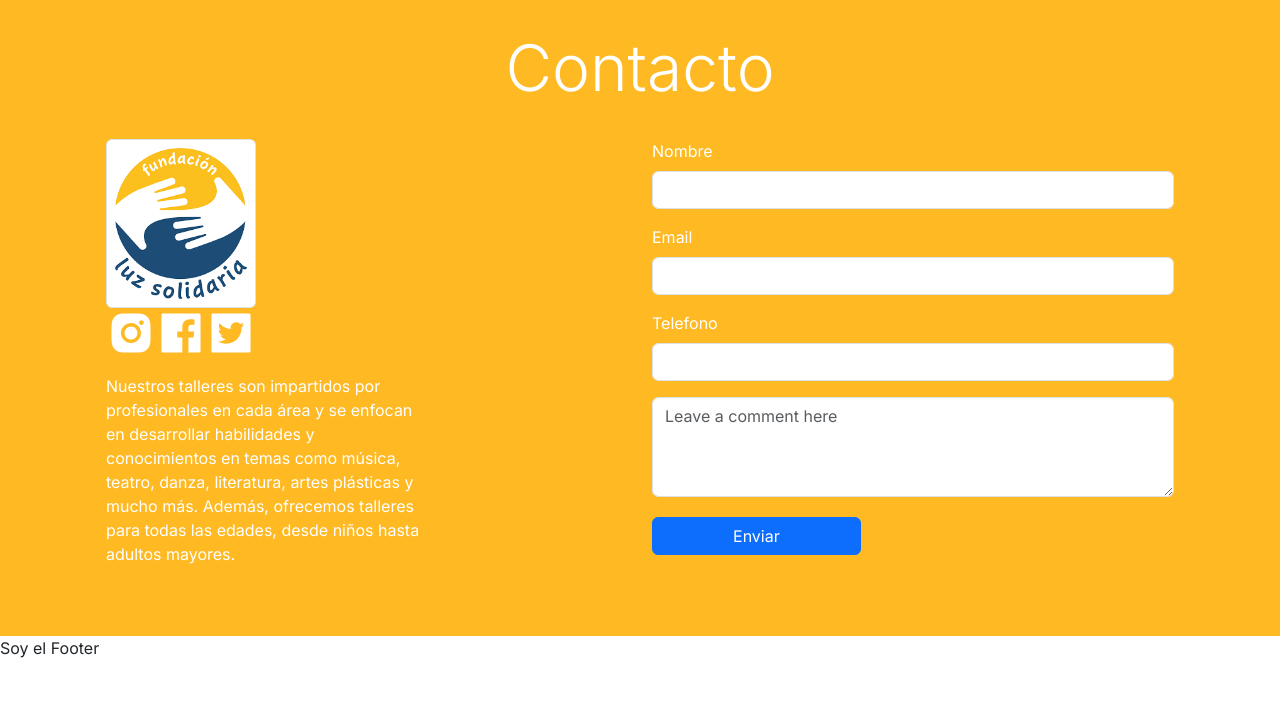
Repository: JtoralesK/dwf11
Page: /
An editor plug-in stored every save of this project. The page is shown before and after the next save, followed by the edit.
The browser window is 1280 px wide. The pictures show the whole page.
The project was rebuilt for these pictures with package versions that can differ from the ones it lists, and the page was loaded fresh each time. The framework's server and built-in components were replaced by stand-ins that run in the browser. Also part of the build but not shown: next.config.js.

Above is the page before, as saved 2023-05-31 18:20:18.

### src/app/page.tsx
import Image from "next/image";
import styles from "./page.module.css";
import { Contacto } from "./components/contacto";
import { Footer } from "./components/footer";
export default function Home() {
  return (
    <>
      <Contacto />
      <Footer/>
    </>
  );
}

### src/app/components/contacto/index.tsx
import "bootstrap/dist/css/bootstrap.min.css";
import { SectionInputs } from "./sectionInput";
import { FaBeer } from "react-icons/fa";
import {
  AiFillInstagram,
  AiFillFacebook,
  AiFillTwitterSquare,
} from "react-icons/ai";

export function Contacto() {
  return (
    <>
      <div
        style={{
          backgroundColor: "#ffb923",
          color: "white",
          padding: "30px",
        }}
      >
        <div className="container-sm text-center ">
          <h1 className="font-weight-bold display-3">Contacto</h1>
          <div className="row p-lg-4">
            <div className="col-sm-16 col-md-6 text-center ">
              <div className=" d-md-flex flex-column d-none">
                <img
                  src="data:[embedded picture, 9291 characters]
            BU5I/166HRl7DM0JHd93otkupwE9wh+8Q4HuTkd/vz/99LosEf7UOF1LGvesnj8LX1fZVn3s7jZfh5drVp8XZWG/h8zs0VCdp8KmQAAAABJRU5ErkJggg=="
                  className="img-thumbnail rounded float-start p-2"
                  style={{ width: "150px" }}
                  alt="..."
                ></img>
                <div
                  className="d-flex flex-row mb-3 justify-content-around "
                  style={{ width: "150px" }}
                >
                  <AiFillInstagram size={"50px"} />
                  <AiFillFacebook size={"50px"} />
                  <AiFillTwitterSquare size={"50px"} />
                </div>
                <div style={{ width: "60%" }}>
                  <p className="text-start">
                    Nuestros talleres son impartidos por profesionales en cada
                    área y se enfocan en desarrollar habilidades y conocimientos
                    en temas como música, teatro, danza, literatura, artes
                    plásticas y mucho más. Además, ofrecemos talleres para todas
                    las edades, desde niños hasta adultos mayores.
                  </p>
                </div>
              </div>
            </div>
            <div className="col-sm-16 col-md-6 text-center ">
              <SectionInputs />
            </div>
          </div>
        </div>
      </div>
    </>
  );
}

### src/app/components/footer/index.tsx
import React from 'react'
import styles from "../footer/style.css";
export const Footer = () => {
  return (
    <footer>
        <p>Soy el Footer</p>
    </footer>
  )
}

### src/app/components/contacto/sectionInput.tsx
import "bootstrap/dist/css/bootstrap.min.css";

export function SectionInputs() {
  const style = {
    margin: "20px 0",
    width: "40%",
    "@media (min-width: 768px)": {
      width: "40%",
    },
  } as React.CSSProperties;
  return (
    <>
      <form className="d-flex flex-column text-start" style={{ width: "100%" }}>
        <div className="mb-3">
          <label className="form-label">
            <p style={{ margin: "0" }}>Nombre</p>
          </label>
          <input
            type="text"
            className="form-control"
            id="exampleInputEmail1"
            aria-describedby="emailHelp"
          />
        </div>
        <div className="mb-3">
          <label className="form-label">
            <p style={{ margin: "0" }}>Email</p>
          </label>
          <input
            type="email"
            className="form-control"
            id="exampleInputPassword1"
          />
        </div>
        <div className="mb-3">
          <label className="form-label">
            <p style={{ margin: "0" }}>Telefono</p>
          </label>
          <input
            type="email"
            className="form-control"
            id="exampleInputPassword1"
          />
        </div>
        <textarea
          className="form-control"
          style={{ height: "100px" }}
          placeholder="Leave a comment here"
          id="floatingTextarea"
        ></textarea>
        <button
          style={style}
          type="submit"
          className="btn btn-primary w-md-auto"
        >
          Enviar
        </button>
      </form>
    </>
  );
}

### src/app/components/footer/style.css
footer{
    height: 300px;
    color:#fff;
    background-color: red;
  }

Loaded but not shown: src/app/layout.tsx (common file); src/app/globals.css (common file)

After the next save:
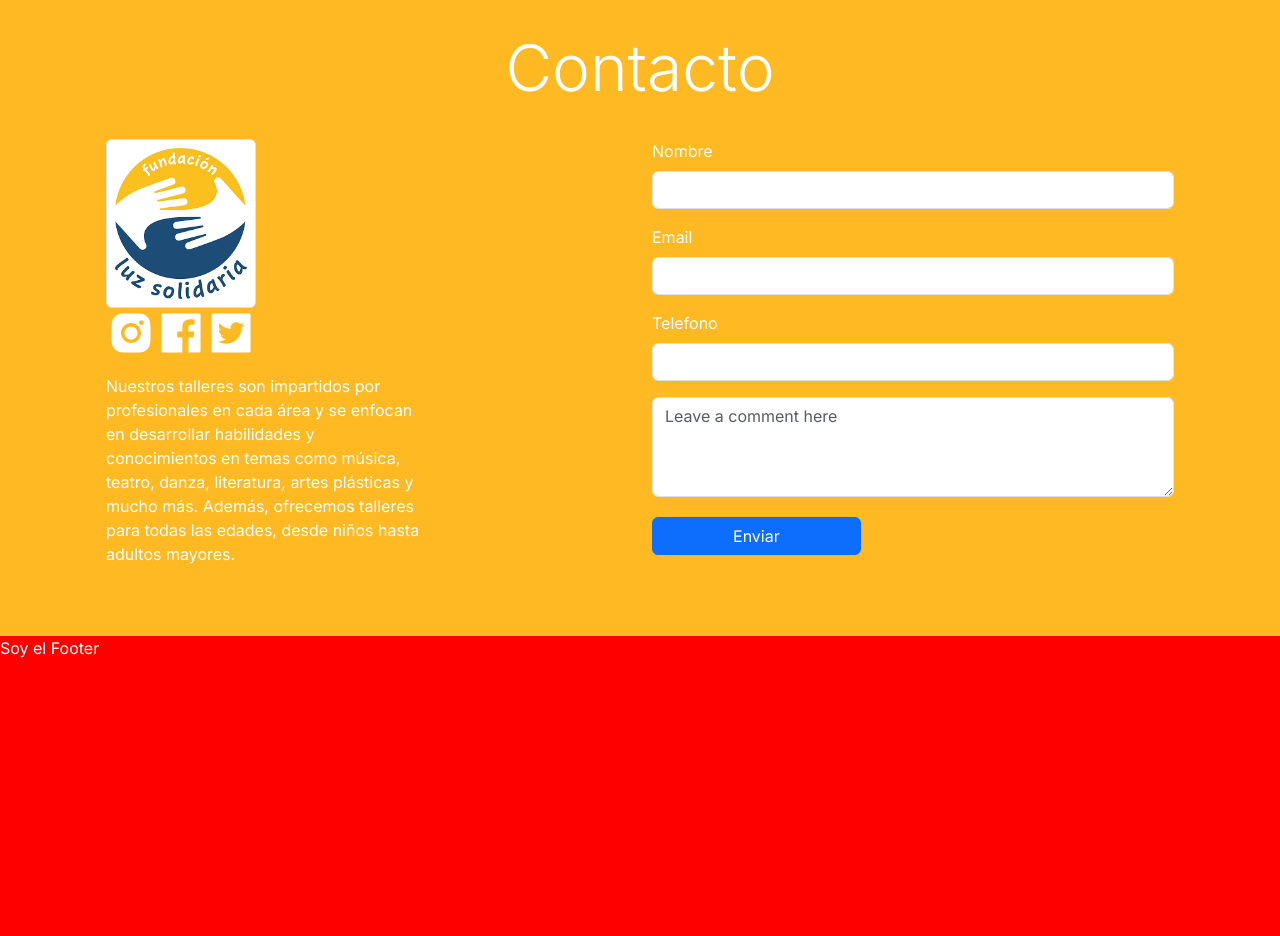
Saved 2 min 44 s later.
--- a/src/app/components/footer/index.tsx
+++ b/src/app/components/footer/index.tsx
@@ -1,5 +1,5 @@
 import React from 'react'
-import styles from "../footer/style.css";
+import "style.css";
 export const Footer = () => {
   return (
     <footer>
